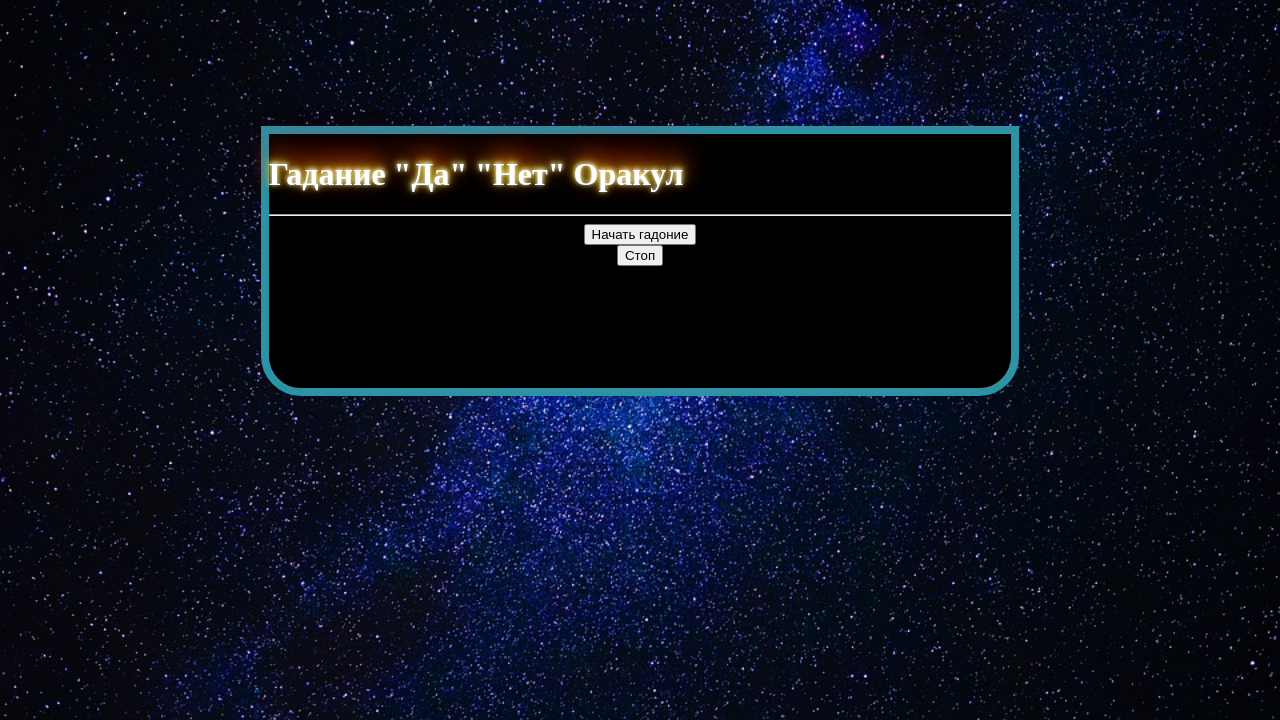
Repository: vadhub/JSP-Service
Page: http://localhost/JSPage/
These files come from the project's save history. The page is drawn as it stood at one moment and after the next save; the edit follows.
The browser window is 1280 px wide. The pictures show the whole page.
The page is served by Tomcat 9. Other server files are loaded and not shown.

Above is the page before, as saved 2019-07-23 10:08:19.

### JSPage/WebContent/index.jsp
<%@page import="java.io.PrintWriter"%>
<%@ page language="java" contentType="text/html; charset=UTF-8" pageEncoding="UTF-8"%>
<!DOCTYPE html>
<html>
<head>
<meta charset="UTF-8">
<title>Service</title>

<link rel="stylesheet" href="${pageContext.request.contextPath}/styles.css">
<script type="text/javascript" src="${pageContext.request.contextPath}/scripts.js"></script>

</head>
<body>
<div class=cont>
<h1>Гадание "Дa" "Нет"     Оракул</h1>

<hr/>
<%!String answers[] = {"Да", "Нет", "Возможно", "Скоро"}; %>
<%!int i = (int) (Math.random()*4); %>


<center>
 <form method="post">
 <input type="submit" name="button1" value="Начать гадоние"/>

 </form>
 <input type="submit" name="but" value="Стоп" id="stopbtn"/>
<div>
 	<div class="loader" id="anima">
 	 <span><h2>Да</h2></span>
  	<span><h2>Нет</h2></span>
  	<span><h2>Возможно</h2></span>
  	<span><h2>Скоро</h2></span>

  	<h1 class = "fol"><%if(request.getParameter("button1") != null){ %>
		<%= answers[i]%>
		<%}%>
	</h1>
	</div>
</div>
<center/>

</div>
</body>
</html>

### JSPage/WebContent/styles.css
h1{

	color: #FFFFFF;
	background: #000;
	text-shadow: 0 -1px 4px #FFF, 0 -2px 10px #ff0, 0 -10px 20px #ff8000, 0 -18px 40px #F00;
}


div.cont{
	margin-top:10%;
	margin-bottom:-5%;
	margin-left:20%;
	margin-right:20%;
	border: 8px solid #2E91A4;
	border-radius: 0px 0px 40px 40px;
	background: #000;
}
@keyframes span-1 {
  0% {transform:translate(100px);}
  50% {transform:translate(50px);}
  100%{transform:translate(0);}
  from { opacity: 1; }
    to { opacity: 0; }
  }
@keyframes span-2 {
   0% {transform:translate(0px, 50px);}
  50% {transform:translate(0, 20px);}
  100%{transform:translate(0);}
  from { opacity: 1; }
    to { opacity: 0; }
  }
@keyframes span-3 {
   0% {transform:translate(0px, -50px);}
  50% {transform:translate(0, -20px);}
  100%{transform:translate(0);}
  from { opacity: 1; }
    to { opacity: 0; }
  }
@keyframes span-4 {
  0% {transform:translate(-100px);}
  50% {transform:translate(-50px);}
  100%{transform:translate(0);}
  from { opacity: 1; }
    to { opacity: 0; }
  }

  @keyframes  h1-2{

  from { opacity: 0; }
    to { opacity: 1; }
  }

.loader {
  width: 100px;
  height: 100px;
  position: relative;
  animation: loader 2s infinite ease-in-out;
  color: #FFFFFF;
  text-shadow: 0 -1px 4px #FFF, 0 -2px 10px #ff0, 0 -10px 20px #ff8000, 0 -18px 40px #F00;

}

.loader span {
  width: 50px;
  height: 50px;
  position: absolute;
  left: 0;
  top: 0;


}

.fol {
 	animation: h1-2 5s ease-in-out;

}
.loader span:nth-child(1) {
 	animation: span-1 5s ease-in-out;
 	opacity: 0;
}
.loader span:nth-child(2) {
  animation: span-2 5s ease-in-out;
  opacity: 0;
}
.loader span:nth-child(3) {
  animation: span-3 5s ease-in-out;
  opacity: 0;
}
.loader span:nth-child(4) {
  animation: span-4 5s ease-in-out;
  opacity: 0;
  }

body{
	background: url(0.jpg) no-repeat;
    -moz-background-size: 100%; /* Firefox 3.6+ */
    -webkit-background-size: 100%; /* Safari 3.1+ è Chrome 4.0+ */
    -o-background-size: 100%; /* Opera 9.6+ */
    background-size: 100%; /* Ñîâðåìåííûå áðàóçåðû *
}

### JSPage/WebContent/scripts.js
var ani = document.getElementById('anima');
var btn = document.getElementById('stopbtn');

After the next save:
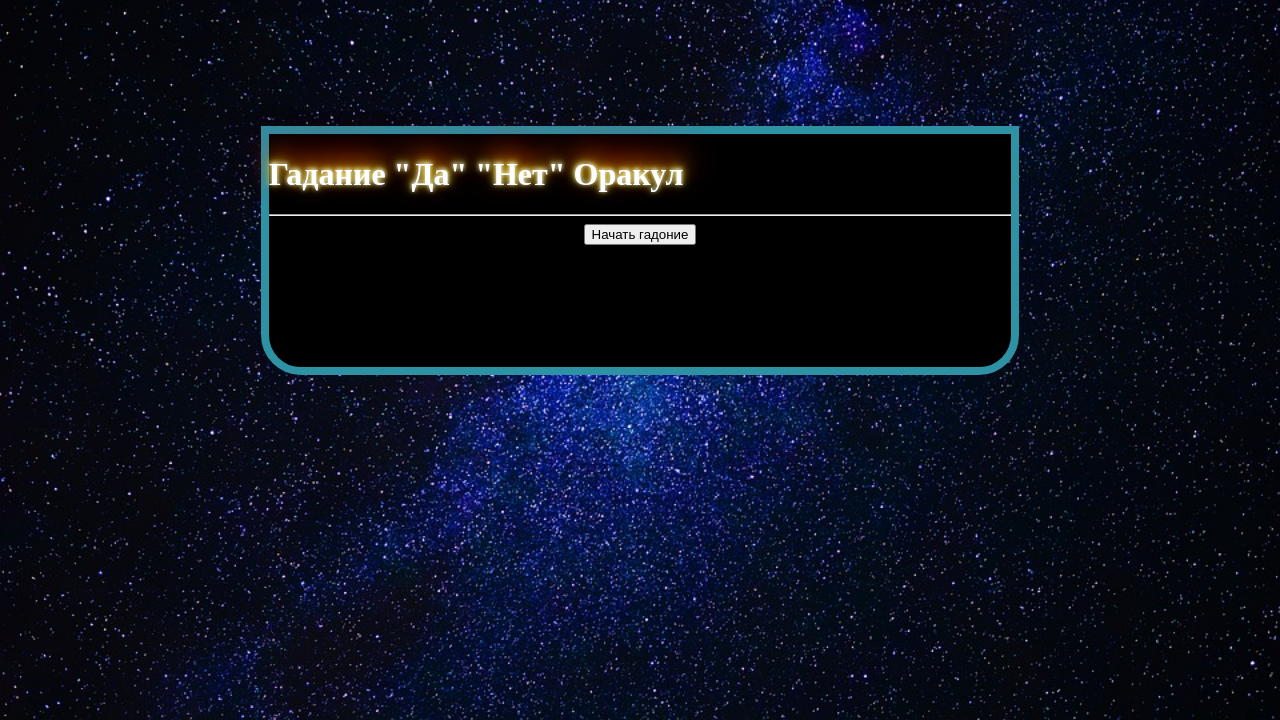
Saved 2 min 31 s later.
--- a/JSPage/WebContent/index.jsp
+++ b/JSPage/WebContent/index.jsp
@@ -24,7 +24,7 @@
  <input type="submit" name="button1" value="Начать гадоние"/>
 
  </form>
- <input type="submit" name="but" value="Стоп" id="stopbtn"/>
+
 <div>
  	<div class="loader" id="anima">
  	 <span><h2>Да</h2></span>
